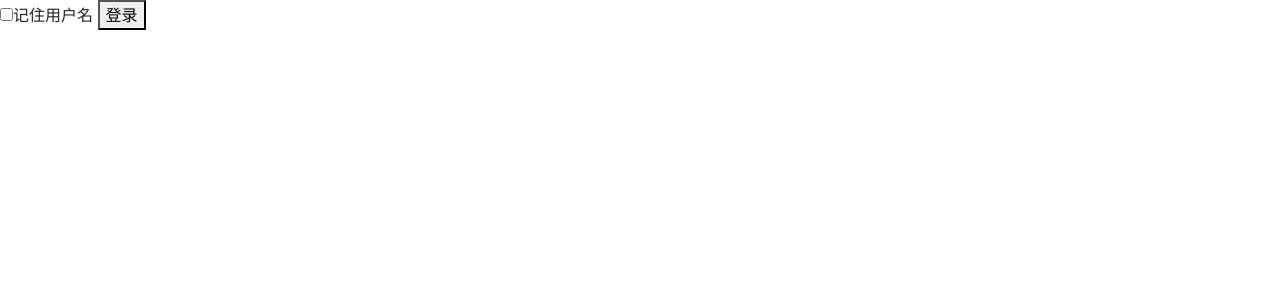
Repository: zenghao518518/Vue
Page: 6-表单控件绑定/01-表单绑定.html
These files come from the project's save history. The page is drawn as it stood at one moment and after the next save; the edit follows.
The browser window is 1280 px wide. The pictures show the whole page.

Above is the page before, as saved 2023-08-16 11:26:01.

### 6-表单控件绑定/01-表单绑定.html
<!DOCTYPE html>
<html lang="en">
  <head>
    <meta charset="UTF-8" />
    <meta http-equiv="X-UA-Compatible" content="IE=edge" />
    <meta name="viewport" content="width=device-width, initial-scale=1.0" />
    <title>Document</title>

    <link rel="stylesheet" href="..\Css\bootstrap.css" />
    <script src="..\Scrip\jquery-3.5.1.min.js"></script>
    <script src="..\Scrip\bootstrap.min.js"></script>
    <script src="..\Scrip\Vue.js"></script>
    <style></style>
  </head>
  <body>
    <div id="box">
      <input type="checkbox"/>记住用户名
      <button>登录</button>
    </div>

    <script>
      var vm = new Vue({
        el: "#box",
        data() {
          return {

          };
        },
        methods: {},
      });
    </script>
  </body>
</html>

Loaded but not shown: Css/bootstrap.css (library); Scrip/jquery-3.5.1.min.js (library); Scrip/bootstrap.min.js (library); Scrip/Vue.js (library)

After the next save:
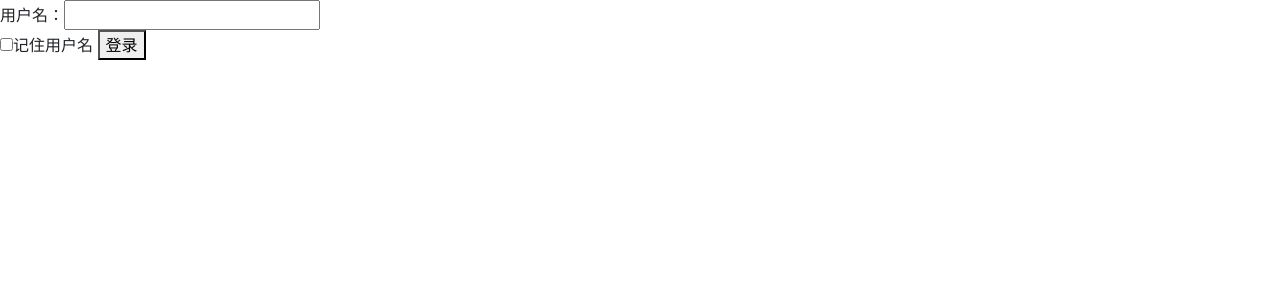
Saved 29 min 17 s later.
--- a/6-表单控件绑定/01-表单绑定.html
+++ b/6-表单控件绑定/01-表单绑定.html
@@ -14,7 +14,8 @@
   </head>
   <body>
     <div id="box">
-      <input type="checkbox"/>记住用户名
+      <div>用户名：<input type="text" v-model="mytext"></div>
+      <input type="checkbox" v-model="isRemember"/>记住用户名
       <button>登录</button>
     </div>
 
@@ -23,7 +24,8 @@
         el: "#box",
         data() {
           return {
-
+            mytext:"",
+            isRemember:false
           };
         },
         methods: {},
